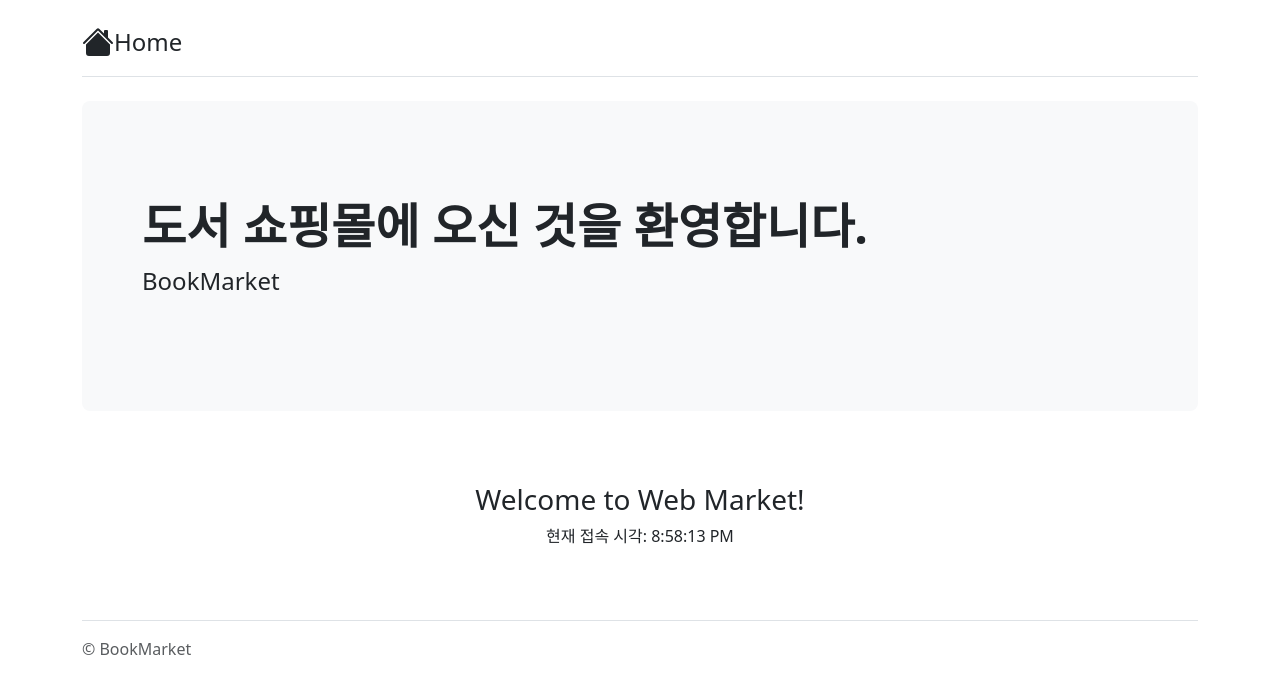
Repository: E-nani95/jsp_portfolio
Page: http://localhost/bookstore/WEB-INF/views/welcome.jsp
An editor plug-in stored every save of this project. The page is shown before and after the next save, followed by the edit.
The browser window is 1280 px wide. The pictures show the whole page.
The page is served by Tomcat 9. Nobody is signed in. Other server files are loaded and not shown. The template is opened directly, without the code that normally fills it, so the values that code supplies are empty.

Above is the page before, as saved 2025-10-09 06:58:08.

### STS_BookStore/bookstore/src/main/webapp/WEB-INF/views/welcome.jsp
<%@page import="java.util.Date"%>
<%@ page language="java" contentType="text/html; charset=EUC-KR"
    pageEncoding="EUC-KR"%>
<!DOCTYPE html>
<html>
<head>
<meta charset="EUC-KR">
<title>Welcome</title>
<link href="https://cdn.jsdelivr.net/npm/bootstrap@5.3.1/dist/css/bootstrap.min.css" rel="stylesheet">
</head>
<body>
<div class="container py-4">
    <header class="pb-3 mb-4 border-bottom">
      <a href="./welcome.jsp" class="d-flex align-items-center text-dark text-decoration-none">
      <svg  width="32" height="32" fill="currentColor" class="bi bi-house-fill" viewBox="0 0 16 16">
  			<path d="M8.707 1.5a1 1 0 0 0-1.414 0L.646 8.146a.5.5 0 0 0 .708.708L8 2.207l6.646 6.647a.5.5 0 0 0 .708-.708L13 5.793V2.5a.5.5 0 0 0-.5-.5h-1a.5.5 0 0 0-.5.5v1.293L8.707 1.5Z"/>
  			<path d="m8 3.293 6 6V13.5a1.5 1.5 0 0 1-1.5 1.5h-9A1.5 1.5 0 0 1 2 13.5V9.293l6-6Z"/>
		</svg>
        <span class="fs-4">Home</span>
      </a>
    </header>
	<%!String greeting = "도서 쇼핑몰에 오신 것을 환영합니다.";
	String tagline = "Welcome to Web Market!";%>

    <div class="p-5 mb-4 bg-body-tertiary rounded-3">
      <div class="container-fluid py-5">
        <h1 class="display-5 fw-bold"><%=greeting%></h1>
        <p class="col-md-8 fs-4">BookMarket</p>
      </div>
    </div>

    <div class="row align-items-md-stretch   text-center">
      <div class="col-md-12">
        <div class="h-100 p-5">
          <h3><%=tagline%></h3>
          <%
          	Date day = new java.util.Date();
          	String am_pm;
          	int hour=day.getHours();
          	int minute=day.getMinutes();
          	int second=day.getSeconds();
          	if(hour/12==0){
          		am_pm="AM";
          	}else{
          		am_pm="PM";
          		hour=hour-12;
          	}
          	String CT=hour+":"+minute+":"+second+" "+am_pm;
          	out.println("현재 접속 시각: "+CT+"\n");
          %>
        </div>
      </div>
 	</div>

    <footer class="pt-3 mt-4 text-body-secondary border-top">
      &copy; BookMarket
    </footer>
  </div>
</body>
</html>

### STS_BookStore/bookstore/src/main/webapp/WEB-INF/views/menu.jsp
<%@ page language="java" contentType="text/html; charset=EUC-KR"
    pageEncoding="EUC-KR"%>
<!DOCTYPE html>
<html>
<head>
<meta charset="EUC-KR">
<title>Insert title here</title>
</head>
<body>
    <header class="pb-3 mb-4 border-bottom">
      <a href="./welcome.jsp" class="d-flex align-items-center text-dark text-decoration-none">
      <svg  width="32" height="32" fill="currentColor" class="bi bi-house-fill" viewBox="0 0 16 16">
  			<path d="M8.707 1.5a1 1 0 0 0-1.414 0L.646 8.146a.5.5 0 0 0 .708.708L8 2.207l6.646 6.647a.5.5 0 0 0 .708-.708L13 5.793V2.5a.5.5 0 0 0-.5-.5h-1a.5.5 0 0 0-.5.5v1.293L8.707 1.5Z"/>
  			<path d="m8 3.293 6 6V13.5a1.5 1.5 0 0 1-1.5 1.5h-9A1.5 1.5 0 0 1 2 13.5V9.293l6-6Z"/>
		</svg>
        <span class="fs-4">Home</span>
      </a>
    </header>
</body>
</html>

After the next save:
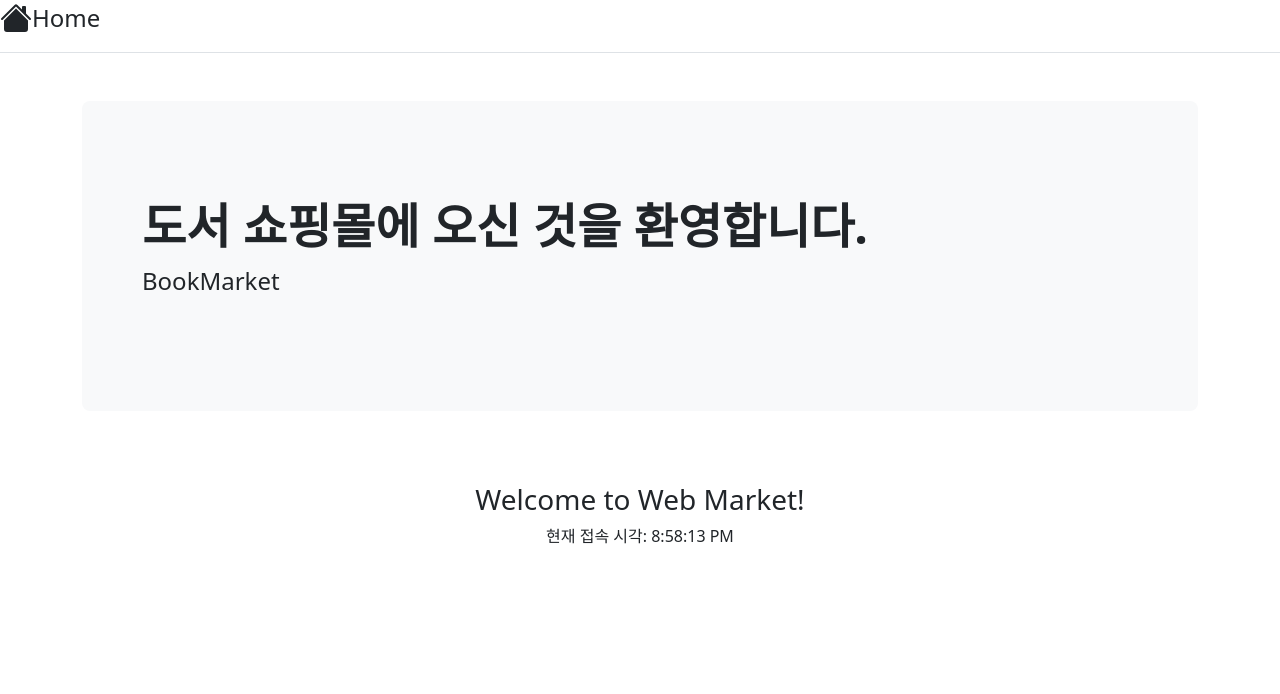
Saved 50 s later.
--- a/STS_BookStore/bookstore/src/main/webapp/WEB-INF/views/welcome.jsp
+++ b/STS_BookStore/bookstore/src/main/webapp/WEB-INF/views/welcome.jsp
@@ -9,16 +9,9 @@
 <link href="https://cdn.jsdelivr.net/npm/bootstrap@5.3.1/dist/css/bootstrap.min.css" rel="stylesheet">
 </head>
 <body>
+<%@ include file="menu.jsp" %>
 <div class="container py-4">
-    <header class="pb-3 mb-4 border-bottom">
-      <a href="./welcome.jsp" class="d-flex align-items-center text-dark text-decoration-none">
-      <svg  width="32" height="32" fill="currentColor" class="bi bi-house-fill" viewBox="0 0 16 16">
-  			<path d="M8.707 1.5a1 1 0 0 0-1.414 0L.646 8.146a.5.5 0 0 0 .708.708L8 2.207l6.646 6.647a.5.5 0 0 0 .708-.708L13 5.793V2.5a.5.5 0 0 0-.5-.5h-1a.5.5 0 0 0-.5.5v1.293L8.707 1.5Z"/>
-  			<path d="m8 3.293 6 6V13.5a1.5 1.5 0 0 1-1.5 1.5h-9A1.5 1.5 0 0 1 2 13.5V9.293l6-6Z"/>
-		</svg>
-        <span class="fs-4">Home</span>
-      </a>
-    </header>
+
 	<%!String greeting = "도서 쇼핑몰에 오신 것을 환영합니다.";
 	String tagline = "Welcome to Web Market!";%>
 
@@ -52,9 +45,7 @@
       </div>
  	</div>
 
-    <footer class="pt-3 mt-4 text-body-secondary border-top">
-      &copy; BookMarket
-    </footer>
+
   </div>
 </body>
 </html>
